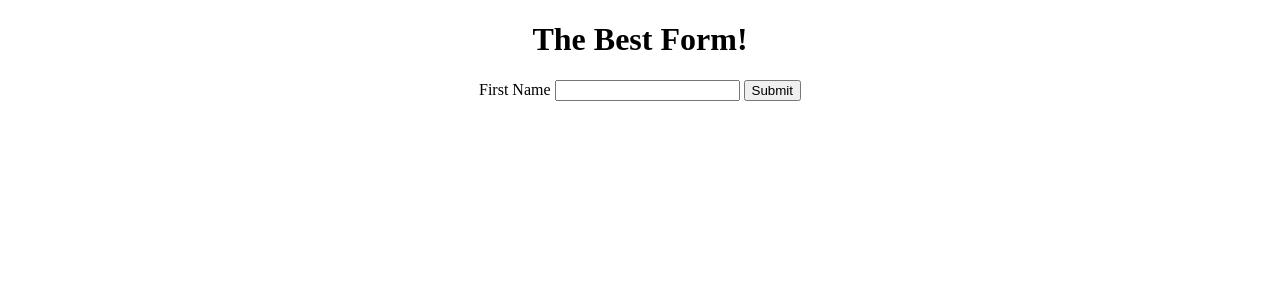
Repository: jedeyejed00/TheGameShaq
Page: ClassWork/Lab4/generatorform.html
The author's editor kept a record of every edit. The page is drawn from the files as they stood at one moment, then again after the next edit.
The browser window is 1280 px wide. The pictures show the whole page.

Above is the page before.

### ClassWork/Lab4/generatorform.html
<!DOCTYPE html>

<html><head>



        <title>Forms</title>

    </head>

    <body><Center>

                <H1>The Best Form!</H1>

                <form action="generator.php" method="POST">

                    <label for ="First Name">First Name</label>

                    <input type ="Text id="FirstName" name = "FirstName">

                    <button> Submit</button>



                    </form>



 </Center>





</body>

    </html>

After the next edit:
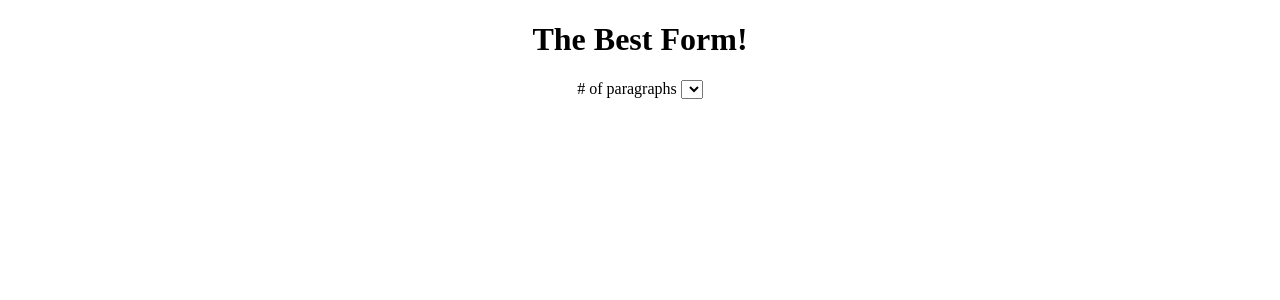
The edit:
--- a/ClassWork/Lab4/generatorform.html
+++ b/ClassWork/Lab4/generatorform.html
@@ -14,7 +14,8 @@
 
                 <form action="generator.php" method="POST">
 
-                    <label for ="First Name">First Name</label>
+                    <label for ="paragraphs"># of paragraphs</label>
+                    <select id ="paragraphs" names ="paragraphs"
 
                     <input type ="Text id="FirstName" name = "FirstName">
 
